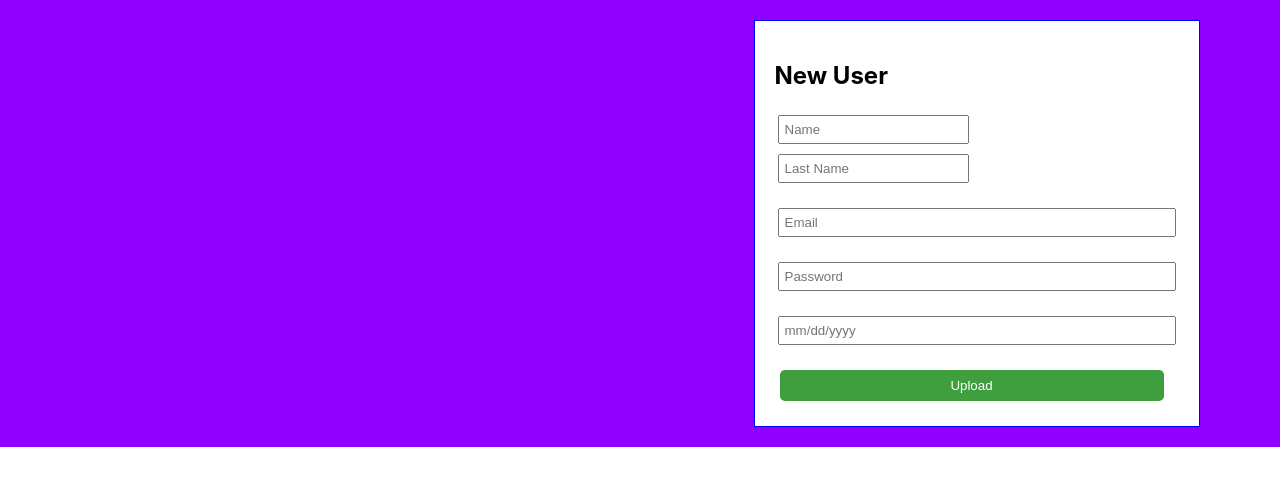
Repository: RobertAries28/CrudUsuarios
Page: /
An editor plug-in stored every save of this project. The page is shown before and after the next save, followed by the edit.
The browser window is 1280 px wide. The pictures show the whole page.
The page's requests for data from a server got no answer. The project was rebuilt for these pictures with package versions that can differ from the ones it lists, and the page was loaded fresh each time. No one was signed in, and anything a server would have sent is missing.

Above is the page before, as saved 2022-05-23 19:39:04.

After the next save:
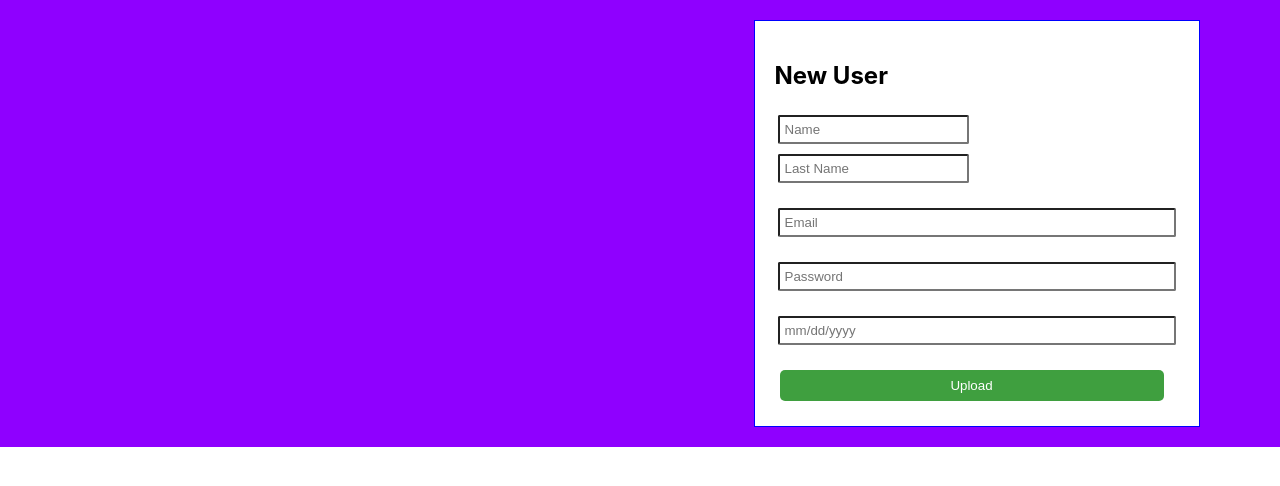
Saved 65 s later.
--- a/src/App.css
+++ b/src/App.css
@@ -59,6 +59,7 @@ ul{
 input{
 padding: 5px;
 margin: 5px 3px;
+border-radius: 2px;
 
 
 }
